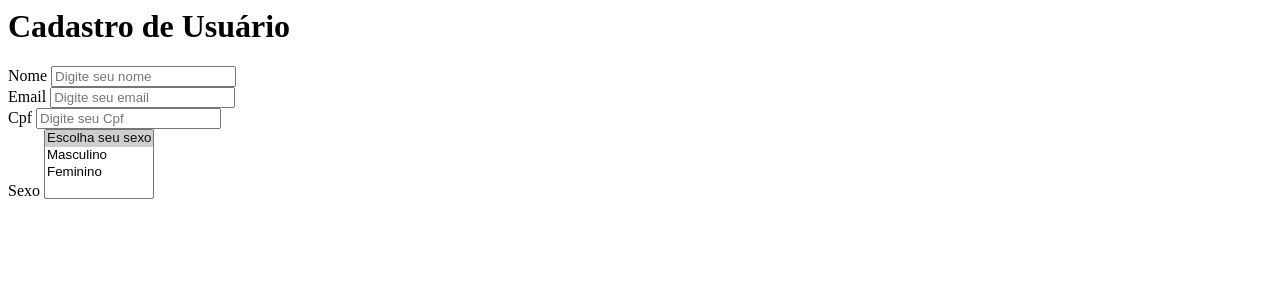
Repository: formatech2018/BRUNNO-S-FILMES
Page: sistema.filmes/src/main/webapp/resources/html/cadastro.html
An editor plug-in stored every save of this project. The page is shown before and after the next save, followed by the edit.
The browser window is 1280 px wide. The pictures show the whole page.

Above is the page before, as saved 2018-08-04 14:01:09.

### sistema.filmes/src/main/webapp/resources/html/cadastro.html
<h1>Cadastro de Usuário</h1>

<form>
	<div class="row">
		<div class="col">
			<label for="colFormLabel" class="col-sm-2 col-form-label">Nome</label>
			<input type="text" name="nome" class="form-control"
				placeholder="Digite seu nome">
		</div>
		<div class="col">
			<label for="colFormLabel" class="col-sm-2 col-form-label">Email</label>
			<input type="text" name="email" class="form-control"
				placeholder="Digite seu email">
		</div>
	</div>

	<div class="row">
		<div class="col">
			<label for="colFormLabel" class="col-sm-2 col-form-label">Cpf</label>
			<input type="text" class="form-control" placeholder="Digite seu Cpf">
		</div>
		<div class="col">
		<label for="colFormLabel" class="col-sm-2 col-form-label">Sexo</label>
			<select class="custom-select" multiple>
				<option selected>Escolha seu sexo</option>
				<option value="masculino">Masculino</option>
				<option value="Feminino">Feminino</option>

			</select>
		</div>
	</div>




</form>

After the next save:
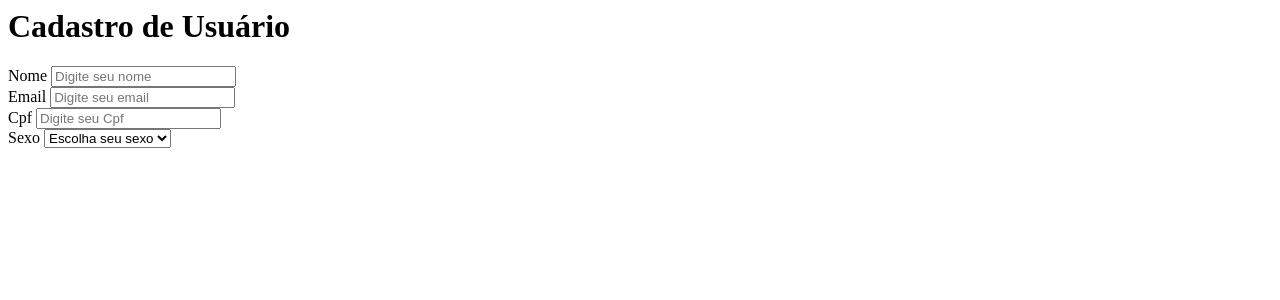
Saved 79 s later.
--- a/sistema.filmes/src/main/webapp/resources/html/cadastro.html
+++ b/sistema.filmes/src/main/webapp/resources/html/cadastro.html
@@ -21,7 +21,7 @@
 		</div>
 		<div class="col">
 		<label for="colFormLabel" class="col-sm-2 col-form-label">Sexo</label>
-			<select class="custom-select" multiple>
+			<select class="custom-select">
 				<option selected>Escolha seu sexo</option>
 				<option value="masculino">Masculino</option>
 				<option value="Feminino">Feminino</option>
